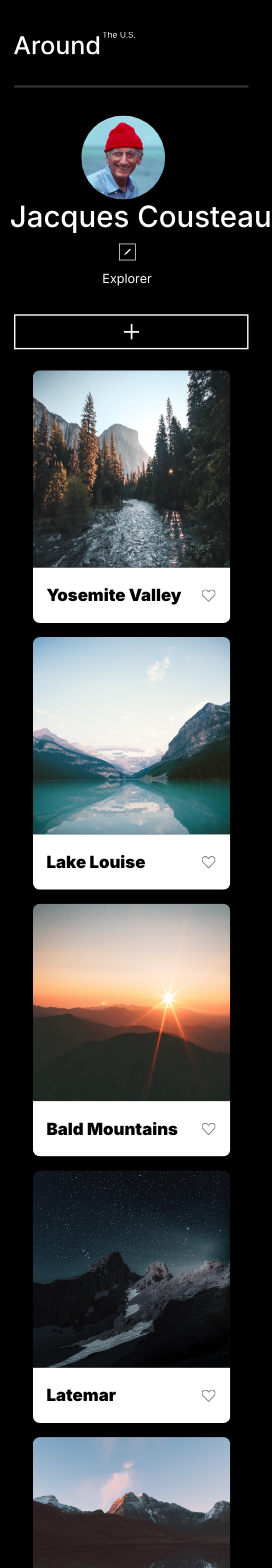
Repository: luisbaezx/se_project_aroundtheus
Page: index.html
The author's editor kept a copy of each file at every save. The page is drawn from the files as they stood at one save, then again after the next save.
The browser window is 375 px wide. The page is 388 px wide, so the pictures cover 388 px, including what lies to the right of the window. The pictures show the part of the page from y = 0 to 2240 px (the page is 2916 px tall before and 2891 px after), at 70% of full size.

Above is the page before, as saved 2024-05-28 17:10:26.

After the next save:
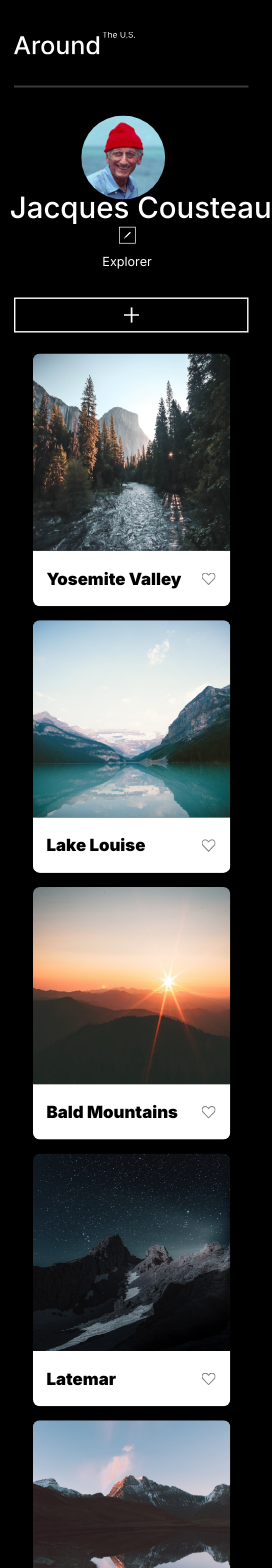
Saved 41 s later.
--- a/blocks/page.css
+++ b/blocks/page.css
@@ -208,11 +208,12 @@
 }
 
 @media screen and (max-width: 400px) {
-    .profile {
-      flex-direction: column;
-    }
-
-    .profile__title {
-        size: 22px;
-        line-height: ;
-    }
+  .profile {
+    flex-direction: column;
+  }
+
+  .profile__title {
+    size: 22px;
+    line-height: 23.63px;
+  }
+}

After the save that followed:
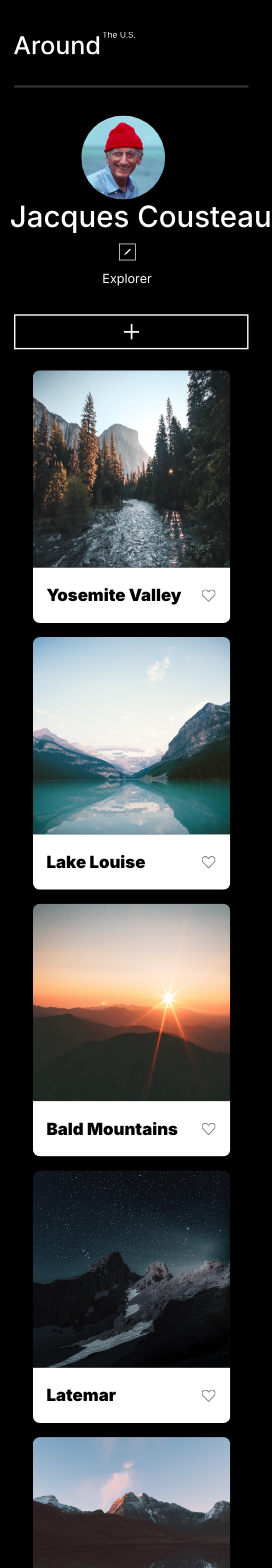
Saved 5 min 16 s later.
--- a/blocks/page.css
+++ b/blocks/page.css
@@ -207,7 +207,7 @@
   }
 }
 
-@media screen and (max-width: 400px) {
+@media screen and (max-width: px) {
   .profile {
     flex-direction: column;
   }
